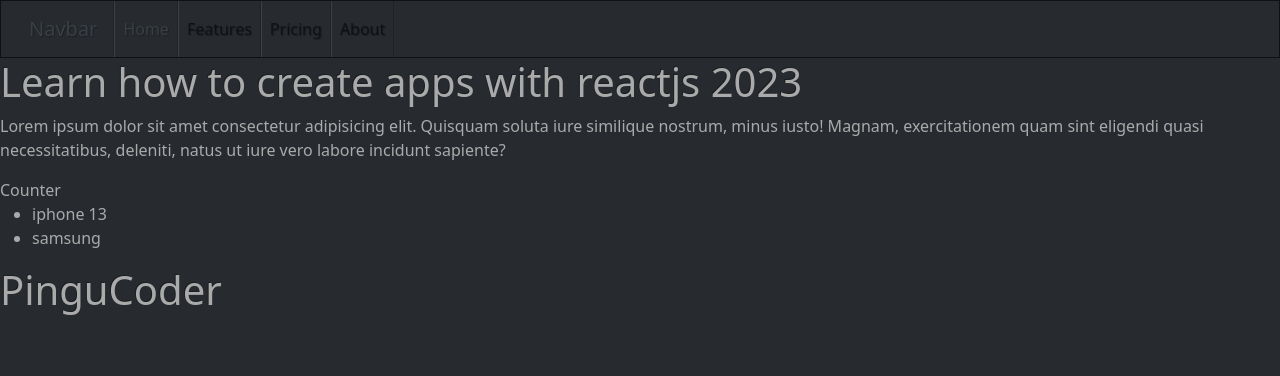
Repository: chanwarichawki/React-BC
Page: /
The author's editor kept a copy of each file at every save. The page is drawn from the files as they stood at one save, then again after a run of saves.
The browser window is 1280 px wide. The pictures show the whole page.
Some web libraries are served in a nearby version. The project was rebuilt for these pictures with package versions that can differ from the ones it lists, and the page was loaded fresh each time. Also part of the build but not shown: vite.config.js.

Above is the page before, as saved 2024-01-15 15:22:58.

After the next 5 saves:
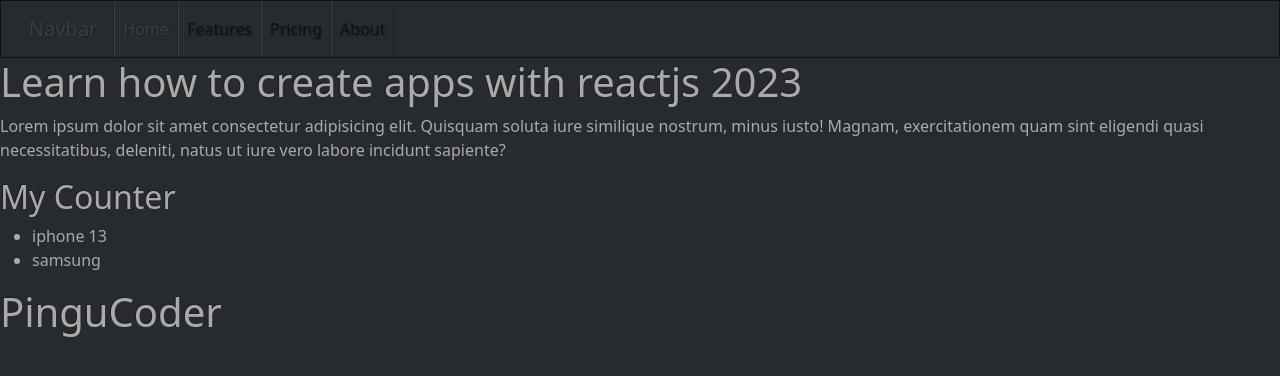
The 5 saves are shown as one change because they came seconds apart.
The last was saved 2 min 51 s later.
--- a/src/components/Counter.jsx
+++ b/src/components/Counter.jsx
@@ -1,7 +1,7 @@
 
 function Counter() {
   return (
-    <div>Counter</div>
+    <h2>My Counter</h2>
   )
 }
 
